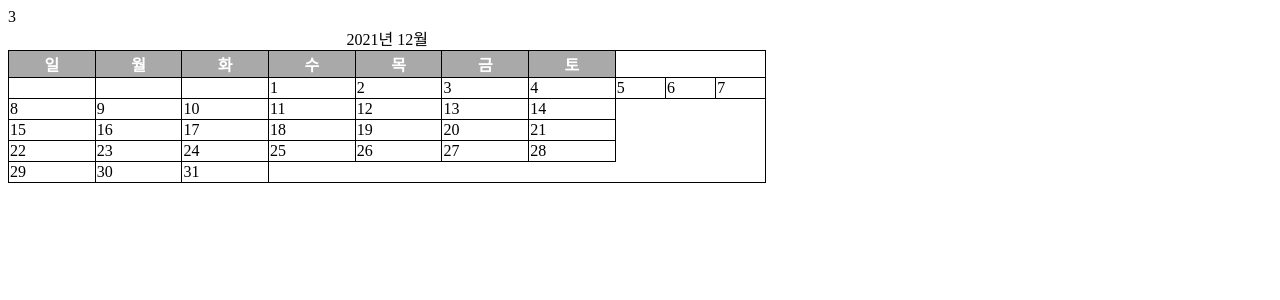
Repository: Jin0207/jsp
Page: http://localhost/day1210/calendarTest.jsp
These files come from the project's save history. The page is drawn as it stood at one moment and after the next save; the edit follows.
The browser window is 1280 px wide. The pictures show the whole page.
The page is served by Tomcat 9. Other server files are loaded and not shown.

Above is the page before, as saved 2021-12-10 06:16:41.

### day1210/src/main/webapp/calendarTest.jsp
<%@page import="java.util.Date"%>
<%@ page language="java" contentType="text/html; charset=EUC-KR"
    pageEncoding="EUC-KR"%>
<!DOCTYPE html>
<html>
<head>
<meta charset="EUC-KR">
<title>Insert title here</title>
<style type="text/css">
	table, td, th{
		border: 1px solid black;
	}
	table{
		border-collapse: collapse;
		width: 60%;
	}
	.title{
		background: darkgray;
		color:white;
	}
</style>
</head>
<body>
	<%
		String[] days = {"일","월","화","수","목","금","토"};
		Date today = new Date();
		int year = today.getYear();
		int month = today.getMonth();
		Date day = new Date(year,month,1);
		int firstDay = day.getDay();
		out.print(firstDay);
	%>
	<table>
		<caption> <%=year +1900%>년 <%=month+1 %>월</caption>
		<tr class="title">
			<%
				for(String d: days){
			%>
					<th><%=d %></th>
			<%
				}
			%>
		</tr>
		<tr>
			<%
				for(int i=1; i <= firstDay; i++){
			%>
					<td> </td>
			<%
				}
				for(int i=1; i<= 31; i++){
			%>
						<td><%=i %></td>
						<%
						if(i%7==0){
							%>
								</tr><tr>
							<%
						}
				}
			%>
		</tr>
	</table>
</body>
</html>

After the next save:
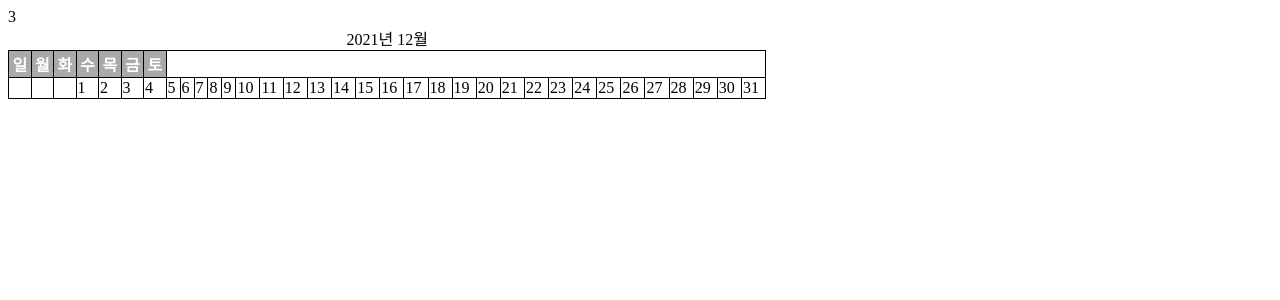
Saved 6 s later.
--- a/day1210/src/main/webapp/calendarTest.jsp
+++ b/day1210/src/main/webapp/calendarTest.jsp
@@ -52,7 +52,7 @@
 			%>
 						<td><%=i %></td>
 						<%
-						if(i%7==0){
+						if(i + firstDay%7==0){
 							%>
 								</tr><tr>
 							<%

After the save that followed:
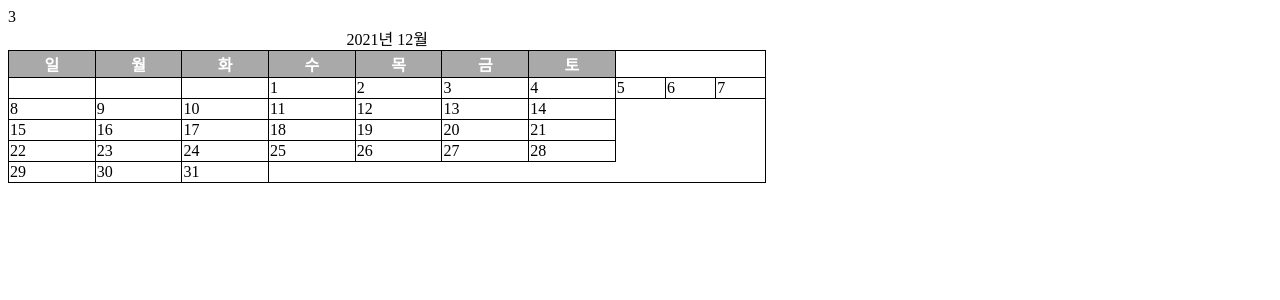
Saved 19 s later.
--- a/day1210/src/main/webapp/calendarTest.jsp
+++ b/day1210/src/main/webapp/calendarTest.jsp
@@ -52,7 +52,7 @@
 			%>
 						<td><%=i %></td>
 						<%
-						if(i + firstDay%7==0){
+						if(i%7==0){
 							%>
 								</tr><tr>
 							<%
